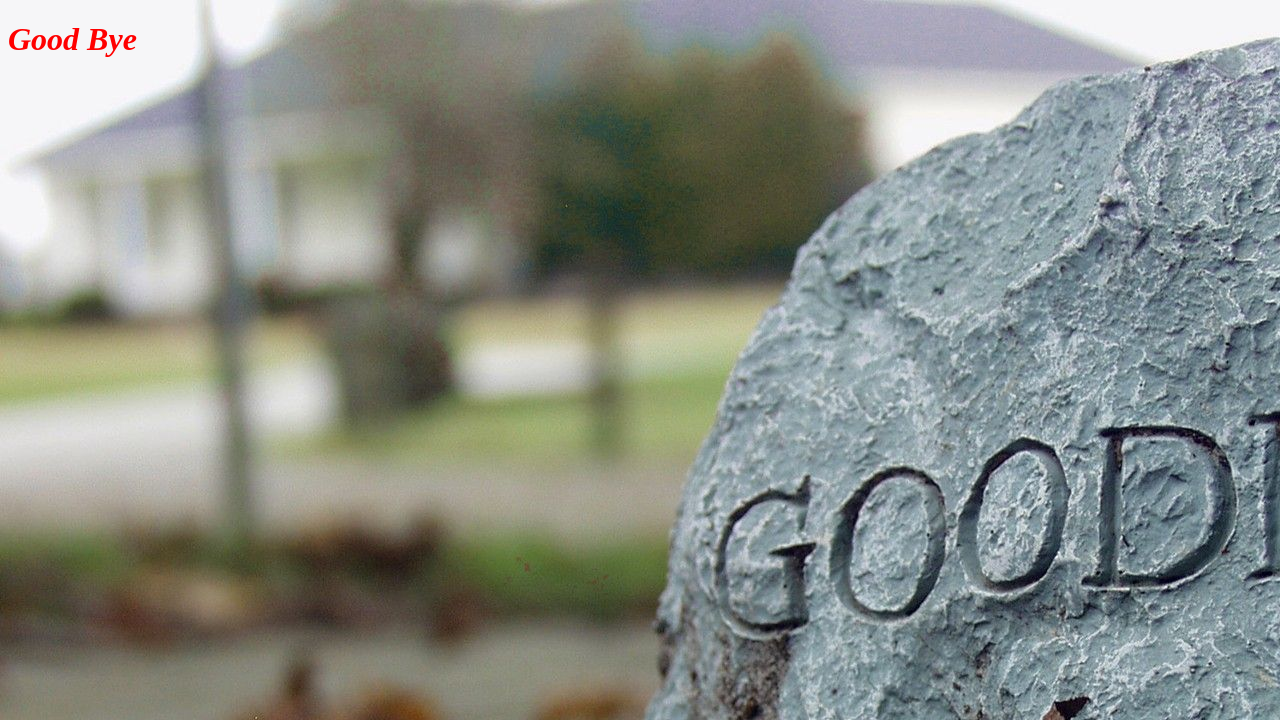
Repository: AJEET006/AdvanceJava-DSA
Page: ADVANCE_JAVA/HW_Example/WebContent/GoodBye.html
These files come from the project's save history. The page is drawn as it stood at one moment and after the next save; the edit follows.
The browser window is 1280 px wide. The pictures show the whole page.

Above is the page before, as saved 2022-06-21 17:14:22.

After the next save:
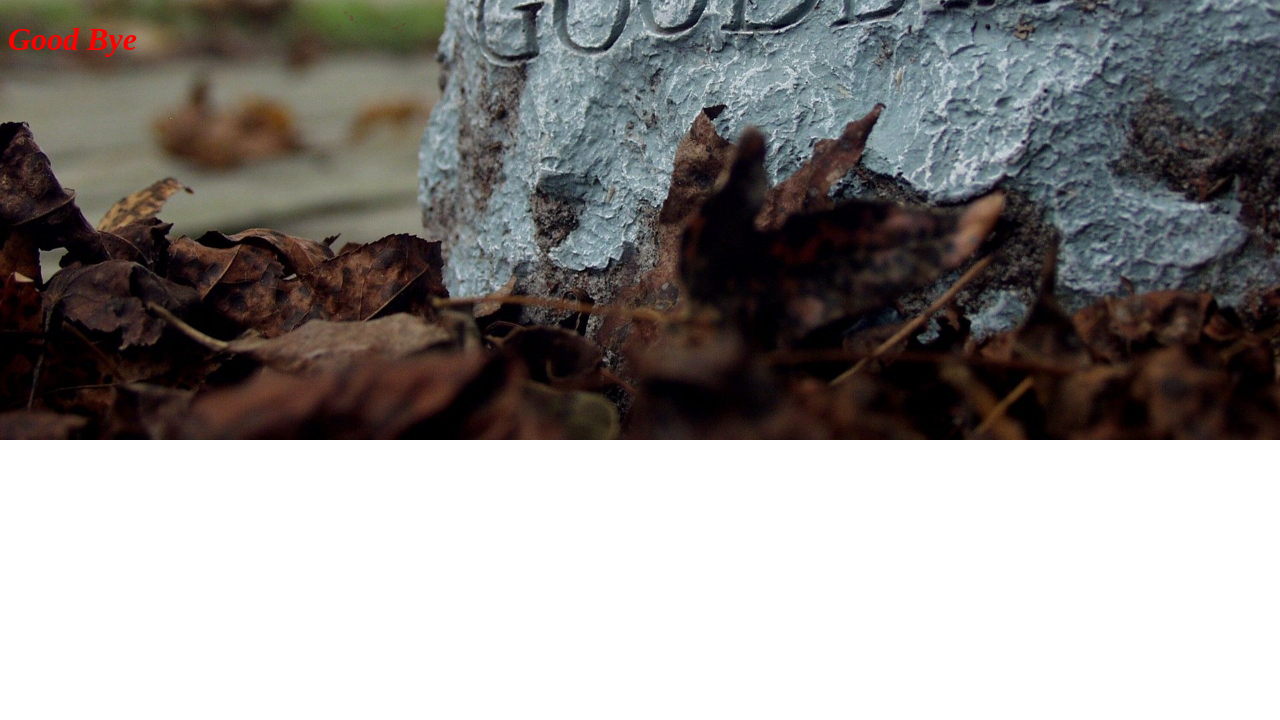
Saved 7 min 42 s later.
--- a/ADVANCE_JAVA/HW_Example/WebContent/GoodBye.html
+++ b/ADVANCE_JAVA/HW_Example/WebContent/GoodBye.html
@@ -3,7 +3,8 @@
 <head>
 
 <style>
-	body{background-image:url("./Goodbye.jpg");}
+	body{background-image:url("./Goodbye.jpg"); height: 100%; background-position: center;background-repeat: no-repeat;
+	background-size: cover;}
 </style>
 <title>Good bye</title>
 </head>
